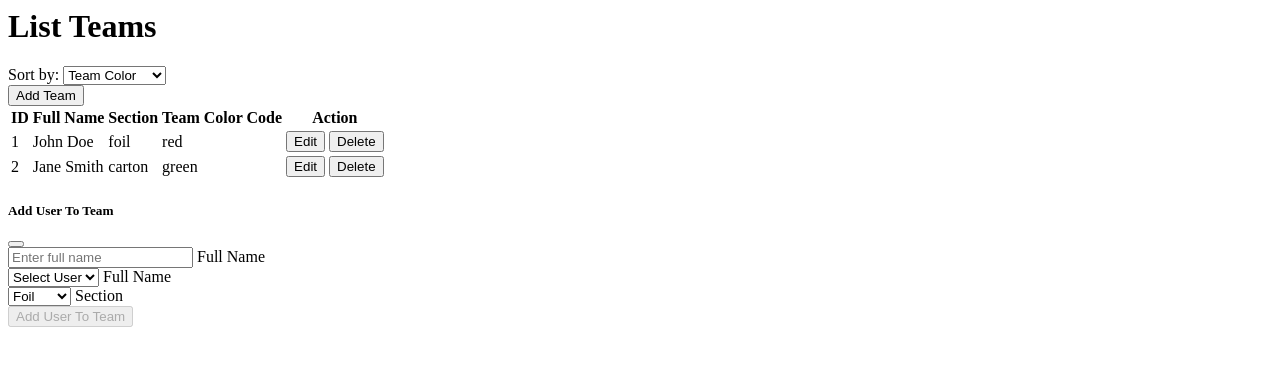
Repository: Daigtas/Shiftman
Page: partials/list-teams.html
An editor plug-in stored every save of this project. The page is shown before and after a run of saves, followed by the edit.
The browser window is 1280 px wide. The pictures show the whole page.

Above is the page before, as saved 2025-02-04 12:28:32.

After the next 2 saves:
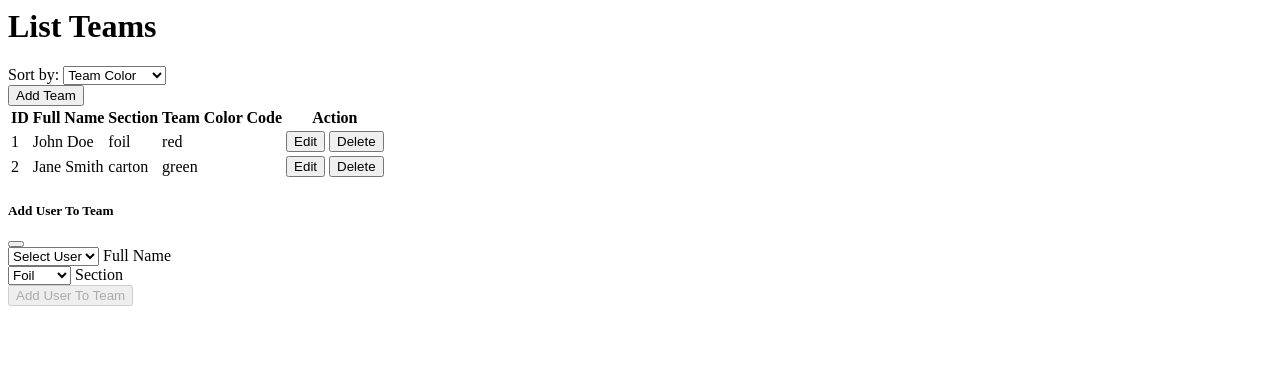
The 2 saves are shown as one change because they came seconds apart.
The last was saved 7 s later.
--- a/partials/list-teams.html
+++ b/partials/list-teams.html
@@ -61,10 +61,6 @@
             <div class="modal-body">
                 <form id="addUserForm">
                     <div class="form-floating mb-3">
-                        <input type="text" class="form-control" id="fullName" placeholder="Enter full name" required data-translate-placeholder="enterfullname">
-                        <label for="fullName" data-translate-key="fullname">Full Name</label>
-                    </div>
-                    <div class="form-floating mb-3">
                         <select class="form-select" id="userFullName" required>
                             <option value="" disabled selected data-translate-key="selectuser">Select User</option>
                             <option value="john_doe" data-translate-key="johndoe">John Doe</option>
